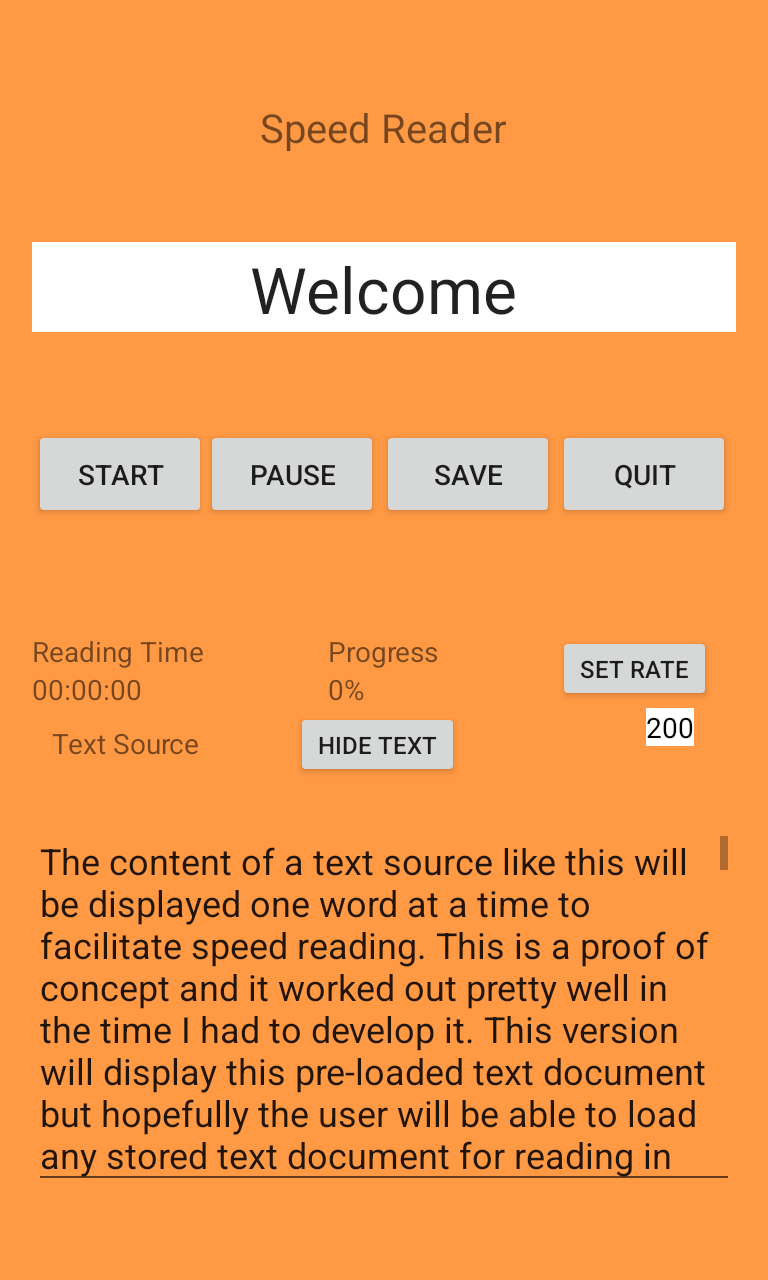
Repository: hdemby/workspace
Layout: rate version of newReader/res/layout/activity_main.xml
These files come from the project's save history. The layout is drawn as it stood at one moment and after the next save; the edit follows.
It is drawn on a 768 x 1280 px phone screen (xhdpi) without system bars, with theme AppTheme; the app's code is not run.

Above is the layout before, as saved 2014-12-08 02:17:34.

### rate version of newReader/res/layout/activity_main.xml
<RelativeLayout xmlns:android="http://schemas.android.com/apk/res/android"
    xmlns:tools="http://schemas.android.com/tools"
    android:layout_width="match_parent"
    android:layout_height="wrap_content"
    android:background="#ffff9944"
    android:paddingBottom="@dimen/activity_vertical_margin"
    android:paddingLeft="@dimen/activity_horizontal_margin"
    android:paddingRight="@dimen/activity_horizontal_margin"
    android:paddingTop="@dimen/activity_vertical_margin"
    tools:context="cousera.newreader.MainActivity" >

    <TextView
        android:id="@+id/textView2"
        android:layout_width="wrap_content"
        android:layout_height="wrap_content"
        android:layout_alignParentTop="true"
        android:layout_centerHorizontal="true"
        android:layout_marginTop="34dp"
        android:text="@string/app_name"
        android:textSize="20sp" />

    <TextView
        android:id="@+id/textView4"
        android:layout_width="wrap_content"
        android:layout_height="wrap_content"
        android:layout_alignLeft="@+id/button1"
        android:layout_below="@+id/textView3"
        android:text="@string/show_time" />

    <TextView
        android:id="@+id/textView7"
        android:layout_width="wrap_content"
        android:layout_height="wrap_content"
        android:layout_alignBaseline="@+id/textView4"
        android:layout_alignBottom="@+id/textView4"
        android:layout_alignLeft="@+id/textView5"
        android:text="@string/show_progress" />

    <TextView
        android:id="@+id/textView5"
        android:layout_width="wrap_content"
        android:layout_height="wrap_content"
        android:layout_alignBaseline="@+id/textView3"
        android:layout_alignBottom="@+id/textView3"
        android:layout_centerHorizontal="true"
        android:text="@string/progress_label" />

    <TextView
        android:id="@+id/textView3"
        android:layout_width="wrap_content"
        android:layout_height="wrap_content"
        android:layout_alignLeft="@+id/textView4"
        android:layout_below="@+id/button1"
        android:layout_marginTop="55dp"
        android:text="@string/time_label" />

    <Button
        android:id="@+id/button2"
        android:layout_width="wrap_content"
        android:layout_height="wrap_content"
        android:layout_alignBaseline="@+id/button1"
        android:layout_alignBottom="@+id/button1"
        android:layout_toRightOf="@+id/textView3"
        android:onClick="onPause"
        android:text="@string/pause_btn" />

    <Button
        android:id="@+id/button1"
        android:layout_width="wrap_content"
        android:layout_height="wrap_content"
        android:layout_below="@+id/textView1"
        android:layout_marginTop="47dp"
        android:onClick="onStart"
        android:text="@string/start_btn" />

    <Button
        android:id="@+id/button3"
        android:layout_width="wrap_content"
        android:layout_height="wrap_content"
        android:layout_above="@+id/textView3"
        android:layout_toRightOf="@+id/button2"
        android:text="@string/save_btn" />

    <Button
        android:id="@+id/button5"
        android:layout_width="wrap_content"
        android:layout_height="wrap_content"
        android:layout_alignBottom="@+id/button3"
        android:layout_toRightOf="@+id/button3"
        android:onClick="onQuit"
        android:text="@string/quit_btn" />

    <LinearLayout
        android:id="@+id/linearLayout1"
        android:layout_width="wrap_content"
        android:layout_height="wrap_content"
        android:layout_alignLeft="@+id/textView4"
        android:layout_alignRight="@+id/button5"
        android:layout_below="@+id/textView4"
        android:orientation="vertical" >
    </LinearLayout>

    <RelativeLayout
        android:id="@+id/relativeLayout1"
        android:layout_width="match_parent"
        android:layout_height="wrap_content"
        android:layout_alignLeft="@+id/textView4"
        android:layout_alignParentBottom="true"
        android:layout_below="@+id/textView4"
        android:layout_marginBottom="27dp" >

        <EditText
            android:id="@+id/editText1"
            android:layout_width="match_parent"
            android:layout_height="63dp"
            android:layout_alignParentBottom="true"
            android:layout_alignParentLeft="true"
            android:layout_below="@+id/textView9"
            android:clickable="false"
            android:ems="10"
            android:focusable="false"
            android:focusableInTouchMode="false"
            android:inputType="textMultiLine"
            android:scrollbars="vertical"
            android:text="@string/source_text" >

            <requestFocus />
        </EditText>

        <Button
            android:id="@+id/button4"
            style="?android:attr/buttonStyleSmall"
            android:layout_width="wrap_content"
            android:layout_height="wrap_content"
            android:layout_alignParentTop="true"
            android:layout_marginLeft="47dp"
            android:layout_toRightOf="@+id/textView9"
            android:minHeight="20dip"
            android:text="@string/hidetxt_btn"
            android:textSize="12sp" />

        <TextView
            android:id="@+id/textView9"
            android:layout_width="wrap_content"
            android:layout_height="46dp"
            android:layout_alignBaseline="@+id/button4"
            android:layout_alignBottom="@+id/button4"
            android:layout_alignParentLeft="true"
            android:layout_marginLeft="10dp"
            android:text="@string/source_label" />

        <TextView
            android:id="@+id/editText2"
            android:layout_width="wrap_content"
            android:layout_height="wrap_content"
            android:layout_alignParentRight="true"
            android:layout_alignParentTop="true"
            android:layout_marginRight="21dp"
            android:background="#ffffffff"
            android:clickable="true"
            android:focusable="true"
            android:focusableInTouchMode="true"
            android:linksClickable="false"
            android:text="@string/show_rate"
            android:textColor="#ff000000" />

    </RelativeLayout>

    <View
        android:id="@+id/separator"
        android:layout_width="wrap_content"
        android:layout_height="45dp"
        android:layout_alignBottom="@+id/textView1"
        android:layout_alignLeft="@+id/button1"
        android:background="#ffffffff"
        android:visibility="visible" />

    <TextView
        android:id="@+id/textView1"
        android:layout_width="wrap_content"
        android:layout_height="wrap_content"
        android:layout_below="@+id/textView2"
        android:layout_centerHorizontal="true"
        android:layout_marginTop="46dp"
        android:background="#ffffffff"
        android:gravity="center_vertical"
        android:text="@string/current_word"
        android:textAppearance="?android:attr/textAppearanceLarge"
        android:textSize="32sp" />

    <Button
        android:id="@+id/button6"
        style="?android:attr/buttonStyleSmall"
        android:layout_width="wrap_content"
        android:layout_height="wrap_content"
        android:layout_alignTop="@+id/textView5"
        android:layout_toRightOf="@+id/button3"
        android:minHeight="30dp"
        android:onClick="doRate"
        android:text="Set Rate"
        android:textSize="12sp" />

</RelativeLayout>

### rate version of newReader/res/values/strings.xml
<?xml version="1.0" encoding="utf-8"?>
<resources>

    <string name="app_name">Speed Reader</string>
    <string name="start_btn">Start</string>
    <string name="pause_btn">Pause</string>
    <string name="unpause_btn">Unpause</string>
    <string name="save_btn">Save</string>
    <string name="quit_btn">Quit</string>
    <string name="hidetxt_btn">Hide Text</string>
    <string name="showtxt_btn">Show Text</string>
    <string name="show_time">00:00:00</string>
    <string name="show_rate">200</string>
    <string name="show_progress">0%</string>
    <string name="source_label">Text Source</string>
    <string name="time_label">Reading Time</string>
  	<string name="rate_label">Reading Rate</string>
  	<string name="progress_label">Progress</string>
  	<string name="instruct_text">enter new words per minute value</string>

    <string name="current_word">Welcome</string>
    <string name="action_settings">Settings</string>
    <string name="source_text">
        The content of a text source like this will be displayed one word at a time to facilitate speed reading.
        This is a proof of concept and it worked out pretty well in the time I had to develop it. This version
        will display this pre-loaded text document but hopefully the user will be able to load any stored text
        document for reading in the near future. Currently a \'Toast\' will indicate
        different states while running this app to help identify  events such as \'resume\' and \'end-of-file\'.
The principle is simply to present a text document in a stable display, one word at a time at a pre-determined
rate. You may be surprised at how well you are able to understand the text even at this current rate! I\'m still
working on gaining more precise control of this parameter. The app uses multiple layouts, TextViews, EditViews,
onClickListeners and the SystemClock. The backgroung of the displayed word is a bitmap resource. The key function was
converting the text into a list of words. We have not covered Java arrays from what I remember. Each word will be
displayed in the center of the fixed width high contrast window and then replaced after a short delay. Eventually
periods and punctuations will slightly extended the word display interval to help with pacing and concentration
and comprehension. Tabs will be used to determine paragraphs. That will possibly require that
text documents be formatted before use inside or outside of this app. This application runs very
pretty well on an emulator however not so well on a real phone, so the pacing features will need to wait.
I was finally able to force the reading
window to remain centered and provide a high contrast background that did not change size based on the displayed
text size. There are already products like this in the market place, so this app may not be developed far
beyond the needs for this class. However it was a challenging project to complete even with the
features that I was able to add. Thanks to Lawrence Angrave for his guidance through this difficult material.
I don\'t think I would have had a prayer of creating this app if it had not been for this class. I hope to later
add controls to provide the ability to pause, save and rewind the text to the previous sentence if needed.
Future enhancements include a save function will allow the reader to save their current position and resume
reading at later sessions, even after exiting the program. I also hope to add better feedback controls for
reporting percentage progress through the text, time spent reading, and the current reading rate. I also
want to make the word rate adjustable by the user. If I have the time I would like to add a file chooser
to allow the user to load any text documents available on their Android device. Not all documents will be able
to display without some conditioning, but that could be and activity launched by this app in a future version.
Wouldn\'t it be cool to read the class lecture transcripts with an app like this? Perhaps I can even figure
out a way to save  multiple document sessions with the current reading position
rounded to the previous sentence or paragraph. There are a lot of possibilities for neat features to add to
this app, especially if I were to turn this into a paid app in the marketplace. But time is short and the
deadline is near. I\'m afraid this will have to do.
        </string>

</resources>

Loaded but not shown: rate version of newReader/res/values/styles.xml (common file); rate version of newReader/res/values-v11/styles.xml (common file); rate version of newReader/res/values-v14/styles.xml (common file); rate version of newReader/res/values/dimens.xml (common file); rate version of newReader/res/values-w820dp/dimens.xml (common file)

After the next save:
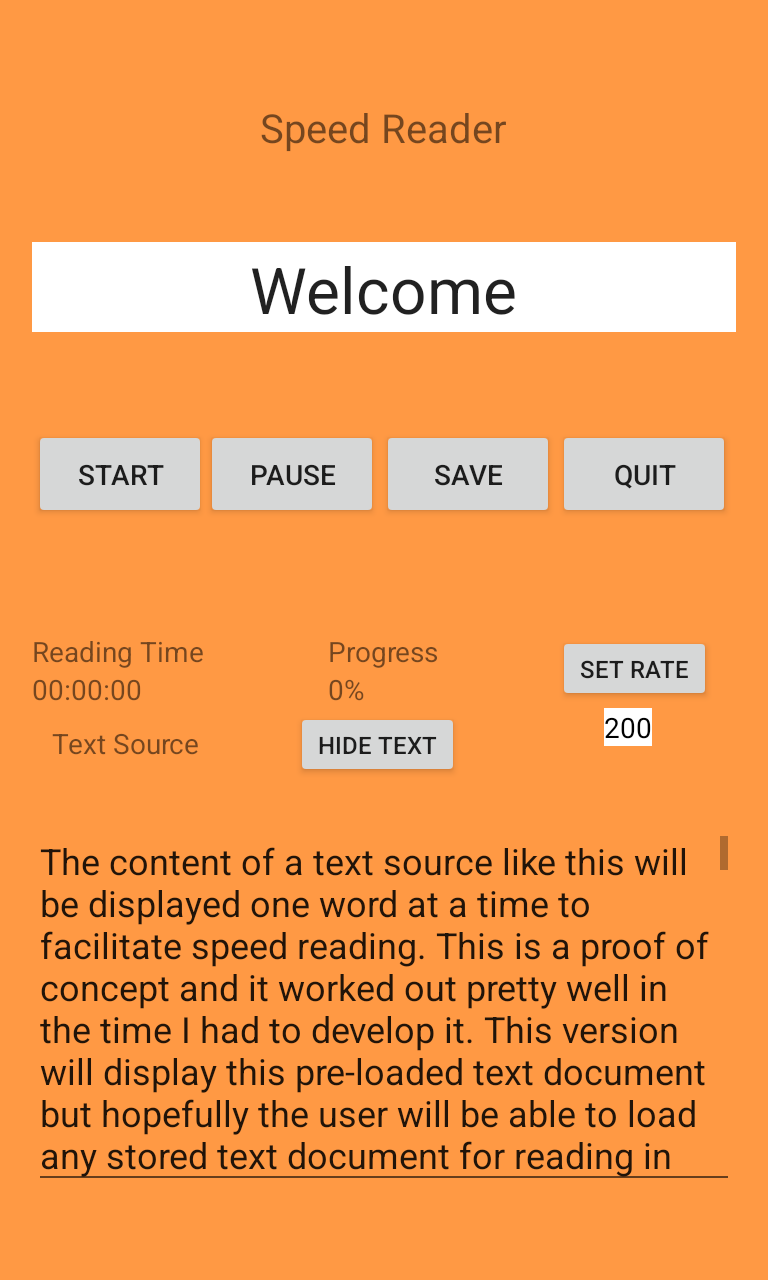
Saved 2 min 6 s later.
--- a/rate version of newReader/res/layout/activity_main.xml
+++ b/rate version of newReader/res/layout/activity_main.xml
@@ -155,7 +155,7 @@
             android:layout_height="wrap_content"
             android:layout_alignParentRight="true"
             android:layout_alignParentTop="true"
-            android:layout_marginRight="21dp"
+            android:layout_marginRight="42dp"
             android:background="#ffffffff"
             android:clickable="true"
             android:focusable="true"
